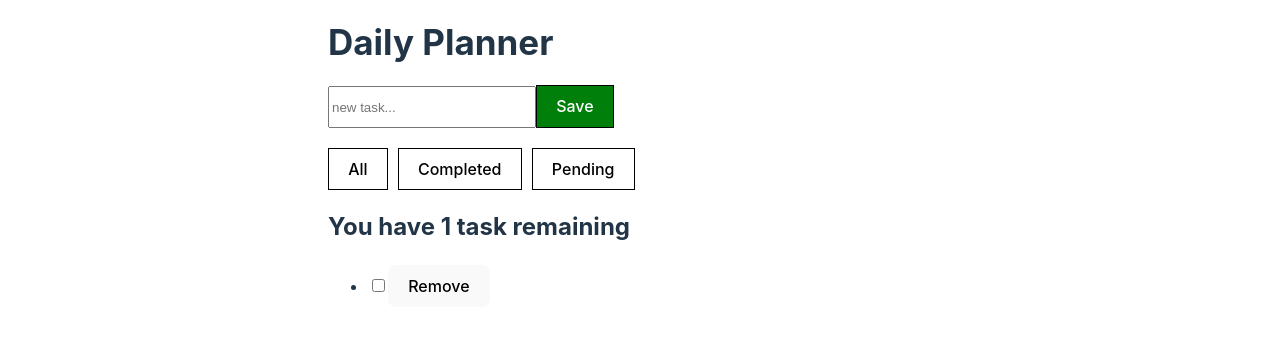
Repository: leslie179/lab4
Page: / (app in lab4/), after clicking the first element matching `button.save`
These files come from the project's save history. The page is drawn as it stood at one moment and after a run of saves; the edit follows.
The browser window is 1280 px wide. The pictures show the whole page.
The project was rebuilt for these pictures with package versions that can differ from the ones it lists, and the page was loaded fresh each time. Also part of the build but not shown: lab4/vite.config.js.

Above is the page before, as saved 2024-10-27 18:50:20.

After the next 2 saves:
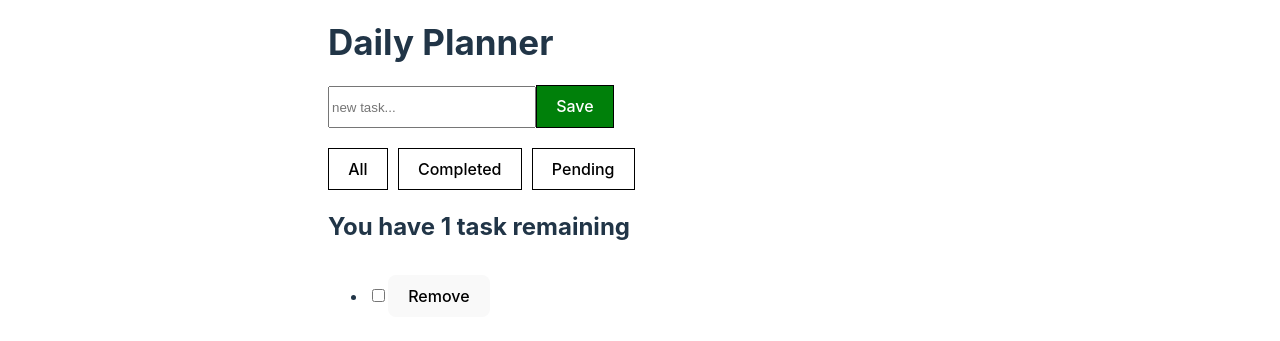
The 2 saves are shown as one change because they came seconds apart.
The last was saved 7 s later.
--- a/lab4/src/App.css
+++ b/lab4/src/App.css
@@ -27,7 +27,7 @@ h1{
 }
 
 .task-item{
-
+  padding-top: 10px;
 }
 
 .task-font{
